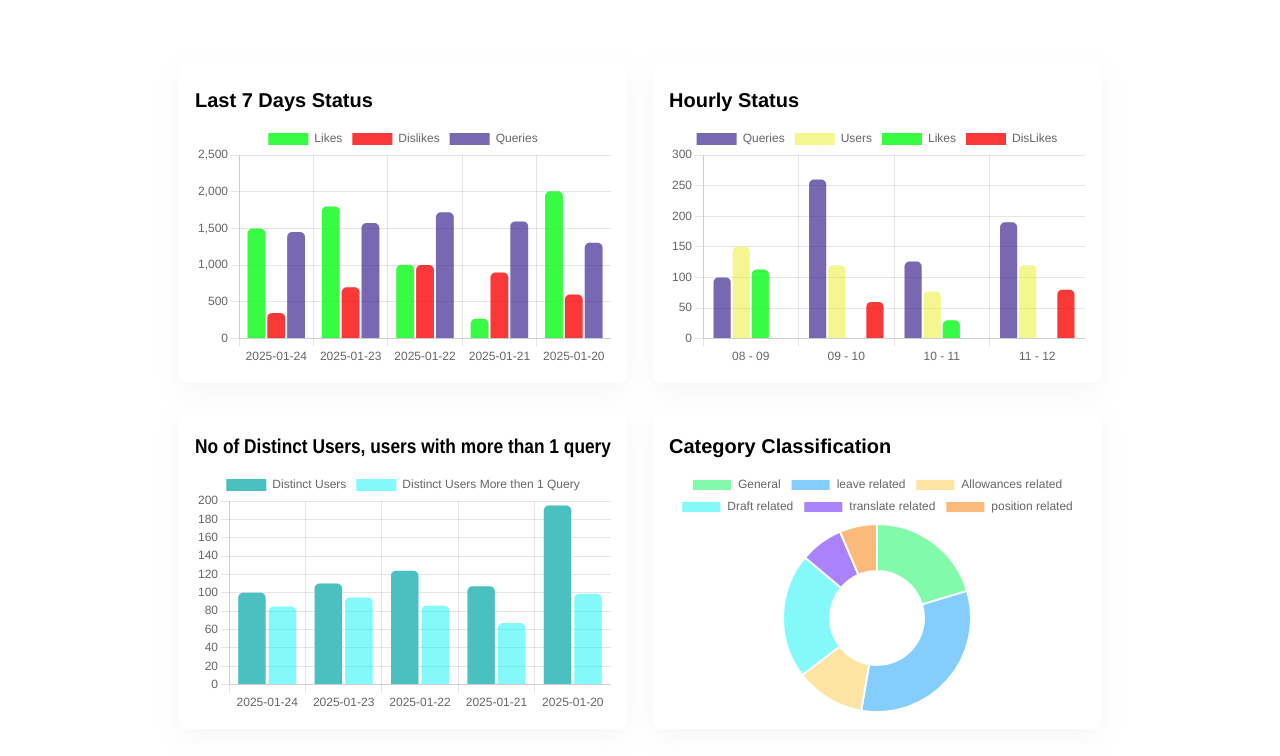
Repository: NAGARAJ-DEVELOPER/Dashboard
Page: /
These files come from the project's save history. The page is drawn as it stood at one moment and after the next save; the edit follows.
The browser window is 1280 px wide. The pictures show the whole page.
The project was rebuilt for these pictures with package versions that can differ from the ones it lists, and the page was loaded fresh each time. Also part of the build but not shown: vite.config.js.

Above is the page before, as saved 2025-02-12 00:32:13.

### src/App.jsx
import React from "react";
import { Chart as ChartJS, defaults } from "chart.js/auto";
import { Bar, Doughnut, Line, Pie } from "react-chartjs-2";

import "./App.css";


import sourceData from "./data/sourceData.json";
import Week from "./data/7days.json";
import toady from "./data/Today.json";
import user from "./data/Users.json";
import category from "./data/Category.json";

defaults.maintainAspectRatio = false;
defaults.responsive = true;

defaults.plugins.title.display = true;
defaults.plugins.title.align = "start";
defaults.plugins.title.font.size = 20;
defaults.plugins.title.color = "black";

export const App = () => {


  return (
   <>
   <div>
    <br></br>
    <br></br>
   </div>
    <div className="App">

        <div className="dataCard categoryCard">
        <Bar
          data={{
            labels: Week.map((data) => data.DATE1),
            datasets: [
              {
                label: "Likes",
                data: Week.map((data) => data.number_of_likes),
                backgroundColor: [
             "rgba(7, 250, 20, 0.8)",
                ],
                borderRadius: 5,
              },
              {
                label: "Dislikes",
                data: Week.map((data) => data.number_of_dislikes),
                backgroundColor: [

                  "rgba(250, 7, 7, 0.8)",

                ],
                borderRadius: 5,
              },
              {
                label: "Queries",
                data: Week.map((data) => data.number_of_ques),
                backgroundColor: [
                  "rgba(63, 40, 145, 0.7)",
                ],
                borderRadius: 5,
              },
            ],
          }}
          options={{
            plugins: {
              title: {
                text: "Last 7 Days Status",
              },
            },
          }}
        />
      </div>


      <div className="dataCard categoryCard">
        <Bar
          data={{
            labels: toady.map((data) => data.B_TIME),
            datasets: [
              {
                label: "Queries",
                data: toady.map((data) => data.C_Questions),
                backgroundColor: [
                  "rgba(63, 40, 145, 0.7)",
                ],
                borderRadius: 5,
              },
              {
                label: "Users",
                data: toady.map((data) => data.D_Users),
                backgroundColor: [

                  "rgba(231, 235, 8, 0.45)",

                ],
                borderRadius: 5,
              },
              {
                label: "Likes",
                data: toady.map((data) => data.F_Likes),
                backgroundColor: [
                  "rgba(7, 250, 20, 0.8)",
                ],
                borderRadius: 5,
              },
              {
                label: "DisLikes",
                data: toady.map((data) => data.Dis_Likes),
                backgroundColor: [
                  "rgba(250, 7, 7, 0.8)",
                ],
                borderRadius: 5,
              },
            ],
          }}
          options={{
            plugins: {
              title: {
                text: "Hourly Status",
              },
            },
          }}
        />
      </div>
      <div className="dataCard categoryCard">
        <Bar
          data={{
            labels: user.map((data) => data.DATE1),
            datasets: [
              {
                label: "Distinct Users",
                data: user.map((data) => data.number_of_distinct_users),
                backgroundColor: 'rgb(75, 192, 192)',
                borderRadius: 5,
              },
              {
                label: "Distinct Users More then 1 Query",
                data: user.map((data) => data.Distinct_Users_more_1query),
                backgroundColor:'rgba(10, 243, 243, 0.5)',
                borderRadius: 5,
              },
            ],
          }}
          options={{
            plugins: {
              title: {
                text: "No of Distinct Users, users with more than 1 query",
              },
            },
          }}
        />
      </div>


      <div className="dataCard categoryCard">
        <Doughnut
          data={{
            labels: category.map((data) => data.category),
            datasets: [
              {
                label: "Count",
                data: category.map((data) => data.COUNT_CAT),
                backgroundColor: [
                  'rgba(7, 245, 86, 0.5)',
        'rgba(10, 155, 252, 0.5)',
        'rgba(252, 201, 72, 0.5)',
        'rgba(10, 243, 243, 0.5)',
        'rgba(86, 6, 245, 0.5)',
        'rgba(247, 129, 11, 0.55)',
                ],
                borderColor: [
                  'rgb(250, 255, 251)',
                  'rgb(250, 255, 251)',
                  'rgb(250, 255, 251)',
                  'rgb(250, 255, 251)',
                  'rgb(250, 255, 251)',
                  'rgb(250, 255, 251)',
                ],animation :Doughnut,
              },
            ],
          }}
          options={{
            plugins: {
              title: {
                text: "Category Classification",
              },
            },
          }}
        />
      </div>
    </div>
    </>
  );
};

### src/App.css
.App {
  height: 100vh;
  width: 100%;
  display: flex;
  flex-direction: row;
  align-items: center;
  justify-content: center;
  align-content: center;
  gap: 2vw;
  flex-wrap: wrap;
  background-color: #ffffff;
  overflow: auto;
}
.Height{

}
.dataCard {
  background-color: #ffffff;
  border-radius: 0.5em;
  box-shadow: rgba(208, 210, 218, 0.2) 0px 8px 24px;
  padding: 1em;
}

.revenueCard {
  width: 92%;
  height: 20rem;
}

.customerCard {
  width: 50%;
  height: 20rem;
}

.categoryCard {
  width: 35%;
  height: 20rem;
}

### src/data/sourceData.json
[
  {
    "label": "Queries",
    "value": 327787
  },
  {
    "label": "Likes",
    "value": 45877
  },
  {
    "label": "Dislikes",
    "value": 238787
  }
]

### src/data/7days.json
[
    {  "DATE1": "2025-01-24", "number_of_dislikes": 350, "number_of_likes": 1500,  "number_of_ques": 1452 },
    {  "DATE1": "2025-01-23", "number_of_dislikes": 700, "number_of_likes": 1800,  "number_of_ques": 1574 },
    {  "DATE1": "2025-01-22", "number_of_dislikes": 1003, "number_of_likes": 1005,  "number_of_ques": 1720 },
    {  "DATE1": "2025-01-21", "number_of_dislikes": 900, "number_of_likes": 270,  "number_of_ques": 1596 },
    {  "DATE1": "2025-01-20", "number_of_dislikes": 600, "number_of_likes": 2005,  "number_of_ques": 1304 }
  ]

### src/data/Today.json
[
  { "A_DATE": "2025-01-27", "B_TIME": "08 - 09", "C_Questions": 100, "D_Users": 150 ,"F_Likes": 113},
  { "A_DATE": "2025-01-27",  "B_TIME": "09 - 10", "C_Questions": 260, "D_Users": 120,"Dis_Likes":60},
  { "A_DATE": "2025-01-27", "B_TIME": "10 - 11", "C_Questions": 126, "D_Users": 77, "F_Likes": 30 },
  { "A_DATE": "2025-01-27", "B_TIME": "11 - 12", "C_Questions": 190, "D_Users": 120,"Dis_Likes":80 }
]

### src/data/Users.json
[
  {  "DATE1": "2025-01-24", "number_of_distinct_users": 100, "Distinct_Users_more_1query": 85 },
  {  "DATE1": "2025-01-23", "number_of_distinct_users": 110, "Distinct_Users_more_1query": 95 },
  {  "DATE1": "2025-01-22", "number_of_distinct_users": 124, "Distinct_Users_more_1query": 86  },
  {  "DATE1": "2025-01-21", "number_of_distinct_users": 107, "Distinct_Users_more_1query": 67  },
  {  "DATE1": "2025-01-20", "number_of_distinct_users": 195, "Distinct_Users_more_1query": 99  }
]

### src/data/Category.json
[
  { "category": "General", "COUNT_CAT": 2434 },
  { "category": "leave related", "COUNT_CAT": 3870 },
  { "category": "Allowances related", "COUNT_CAT": 1430 },
  { "category": "Draft related", "COUNT_CAT": 2569 },
  { "category": "translate related", "COUNT_CAT": 891 },
  { "category": "position related", "COUNT_CAT": 770 }
]

Loaded but not shown: index.html (common file); src/main.jsx (common file); src/index.css (common file)

After the next save:
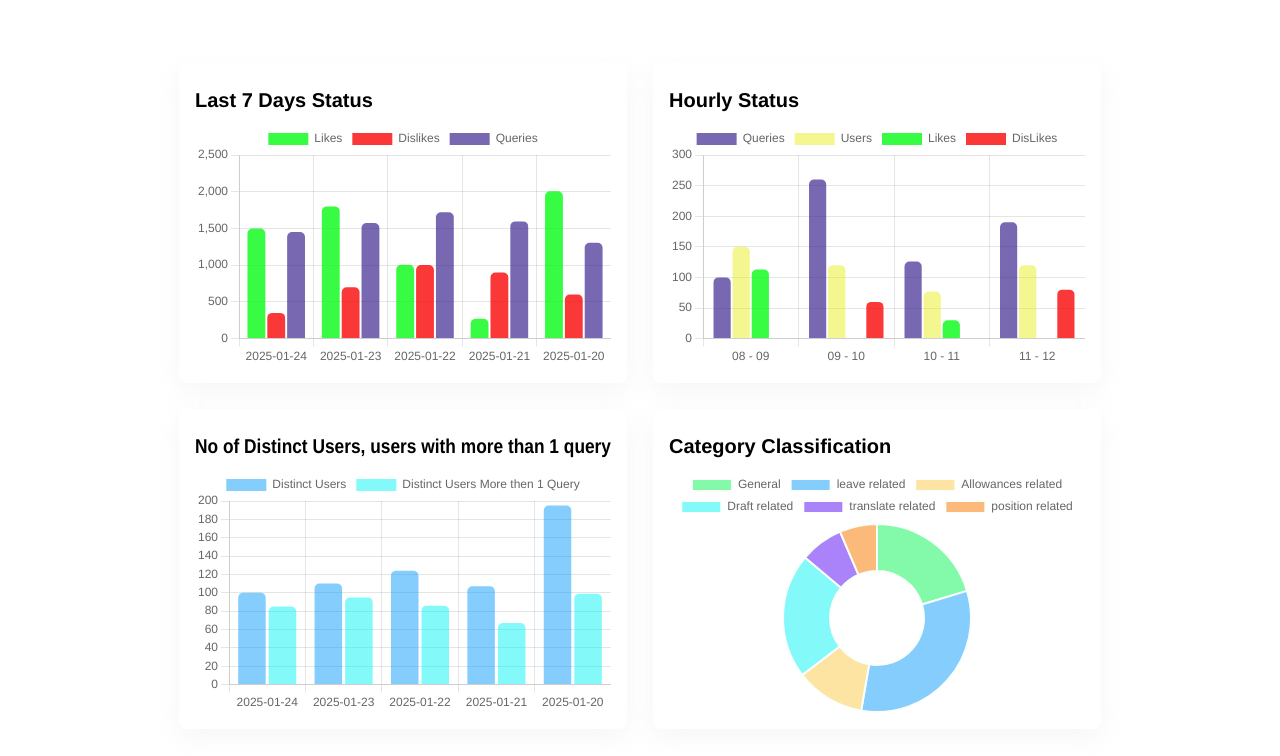
Saved 19 s later.
--- a/src/App.jsx
+++ b/src/App.jsx
@@ -132,7 +132,7 @@ export const App = () => {
               {
                 label: "Distinct Users",
                 data: user.map((data) => data.number_of_distinct_users),
-                backgroundColor: 'rgb(75, 192, 192)',
+                backgroundColor: 'rgba(10, 155, 252, 0.5)',
                 borderRadius: 5,
               },
               {
